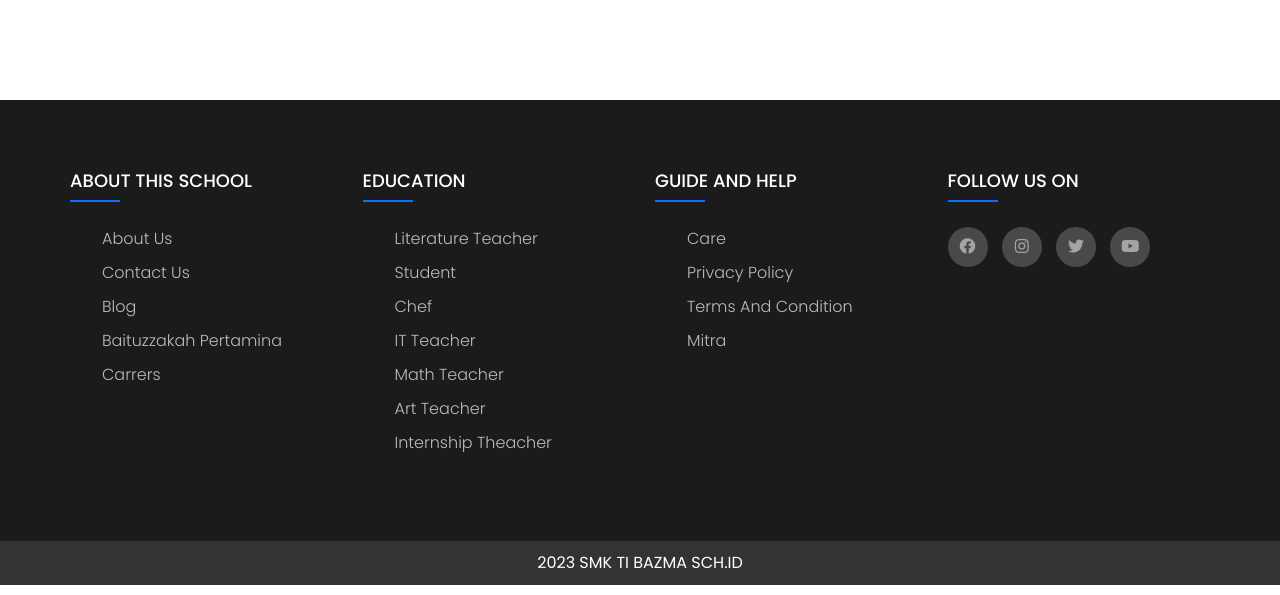
Repository: farhannurrahmat/Landing-Page-School
Page: index.html
The author's editor kept a copy of each file at every save. The page is drawn from the files as they stood at one save, then again after the next save.
The browser window is 1280 px wide. The pictures show the part of the page from y = 3608 to 4203 px (the page is 4203 px tall before and 4193 px after).
A picture or video elsewhere on the page could not be fetched, so the positions and the page height are approximate.

Above is the page before, as saved 2024-01-31 08:57:45.

After the next save:
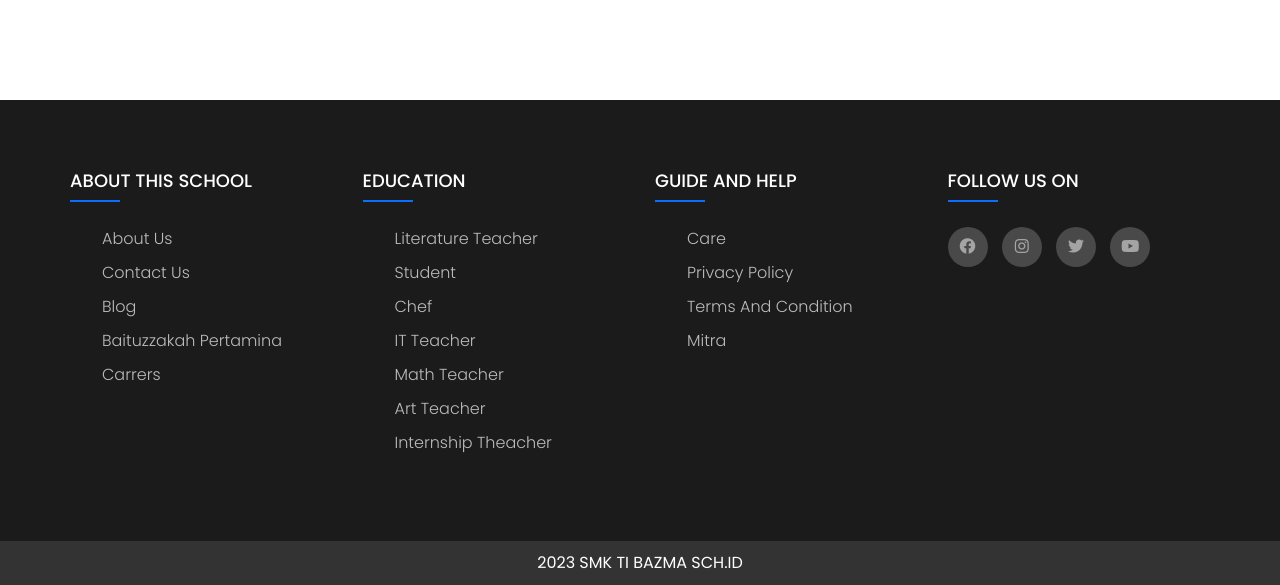
Saved 2 min 54 s later.
--- a/css/style.css
+++ b/css/style.css
@@ -421,7 +421,7 @@
   width: 100%;
   position: relative;
   background: #333;
-  margin: 0 10px 10px 0;
+  /* margin: 0 10px 10px 0; */
   padding: 10px 0;
   color: rgba(255, 255, 255, 1);
   text-align: center;

After the save that followed:
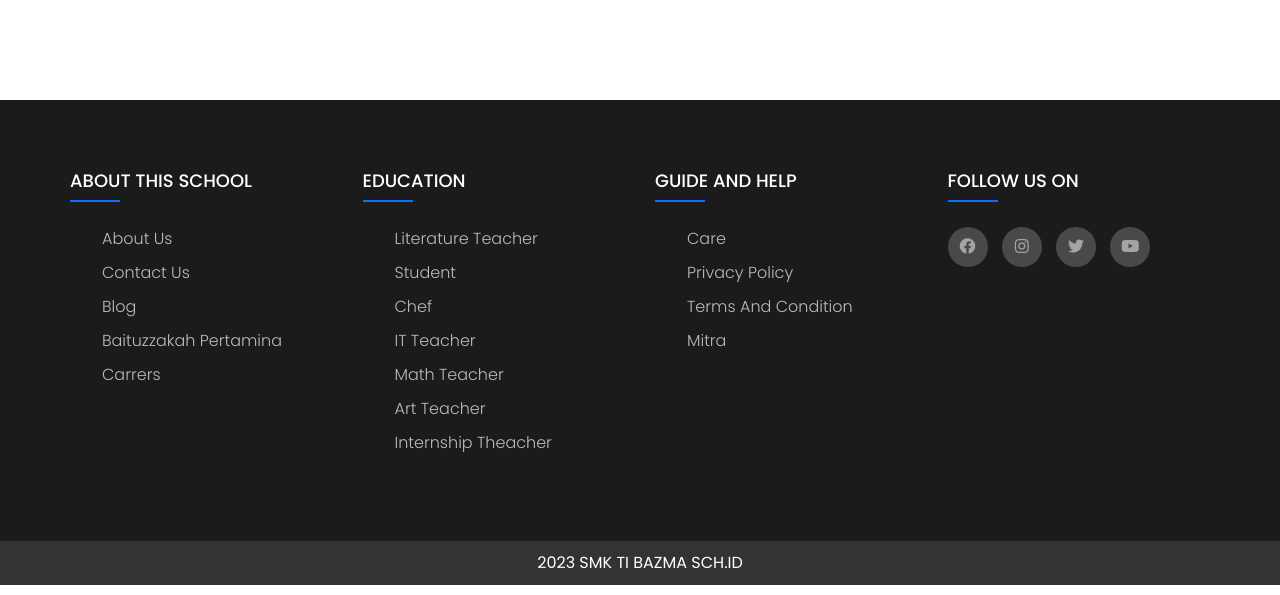
Saved 13 s later.
--- a/css/style.css
+++ b/css/style.css
@@ -421,7 +421,7 @@
   width: 100%;
   position: relative;
   background: #333;
-  /* margin: 0 10px 10px 0; */
+  margin: 0 10px 10px 0;
   padding: 10px 0;
   color: rgba(255, 255, 255, 1);
   text-align: center;
